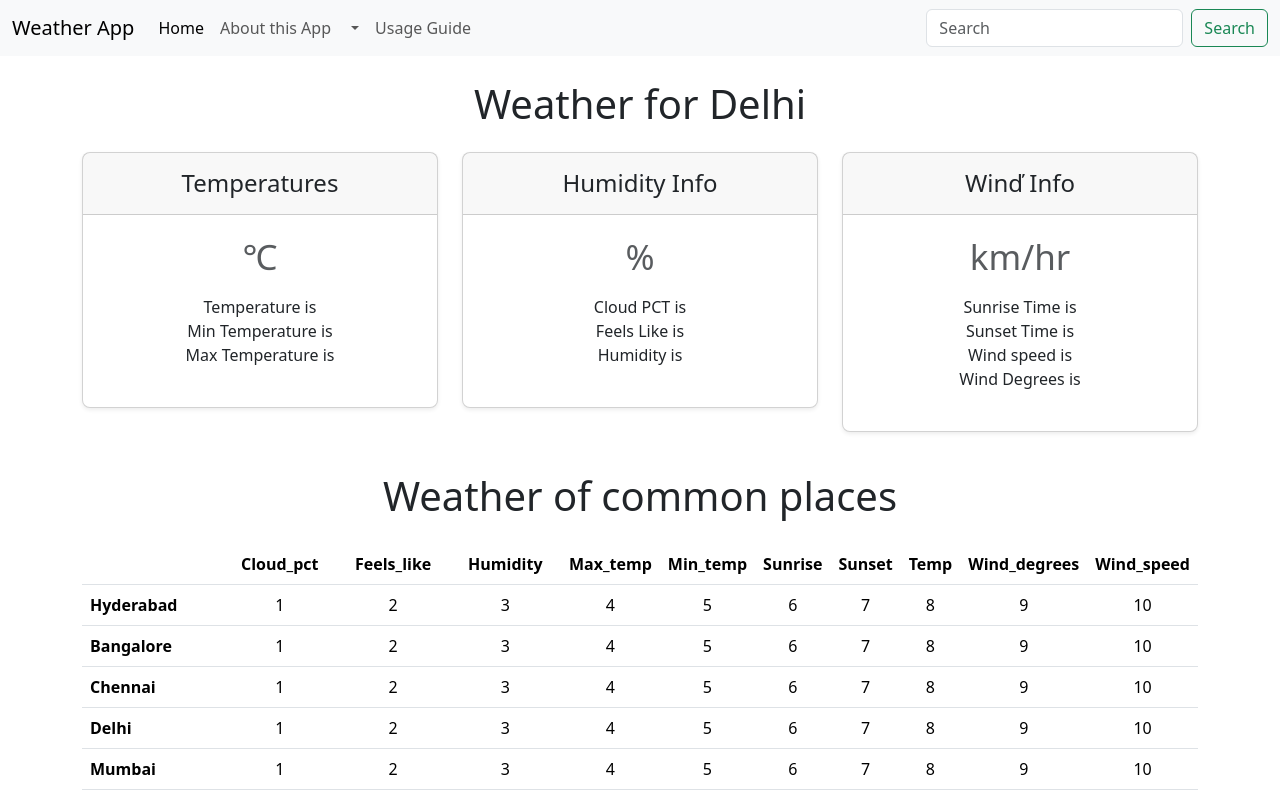
Repository: Abhilash2909/weather
Page: index.html
These files come from the project's save history. The page is drawn as it stood at one moment and after the next save; the edit follows.
The browser window is 1280 px wide. The pictures show the whole page.
The page's requests for data from a server got no answer.

Above is the page before, as saved 2024-02-11 16:53:54.

After the next save:
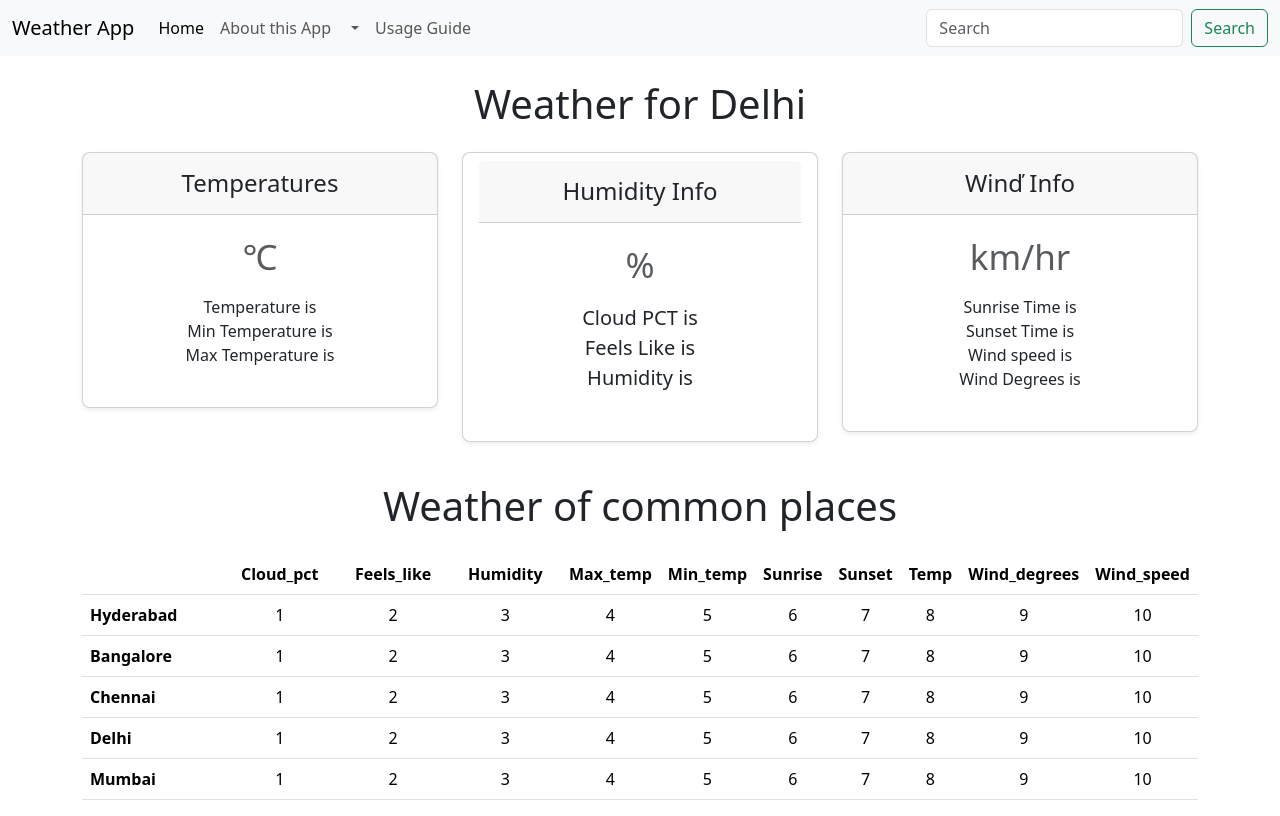
Saved 27 s later.
--- a/index.html
+++ b/index.html
@@ -63,7 +63,7 @@
             </div>
           </div>
           <div class="col">
-            <div class="card mb-4 rounded-3 shadow-sm class="w-100 btn btn-lg btn-primary"">
+            <div class="card mb-4 rounded-3 shadow-sm  btn btn-lg btn-primary"">
               <div class="card-header py-3">
                 <h4 class="my-0 fw-normal">Humidity Info</h4>
               </div>

After the save that followed:
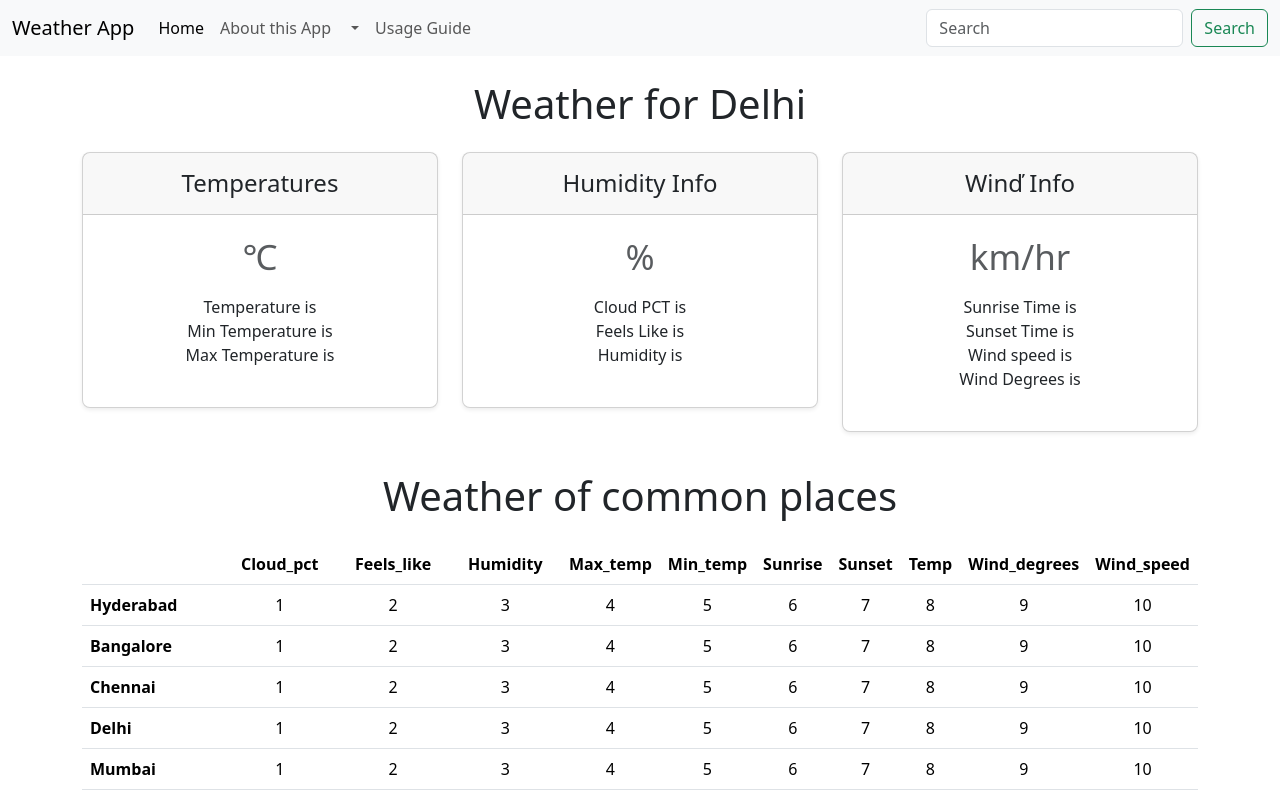
Saved 11 s later.
--- a/index.html
+++ b/index.html
@@ -63,7 +63,7 @@
             </div>
           </div>
           <div class="col">
-            <div class="card mb-4 rounded-3 shadow-sm  btn btn-lg btn-primary"">
+            <div class="card mb-4 rounded-3 shadow-sm  btn-primary"">
               <div class="card-header py-3">
                 <h4 class="my-0 fw-normal">Humidity Info</h4>
               </div>
